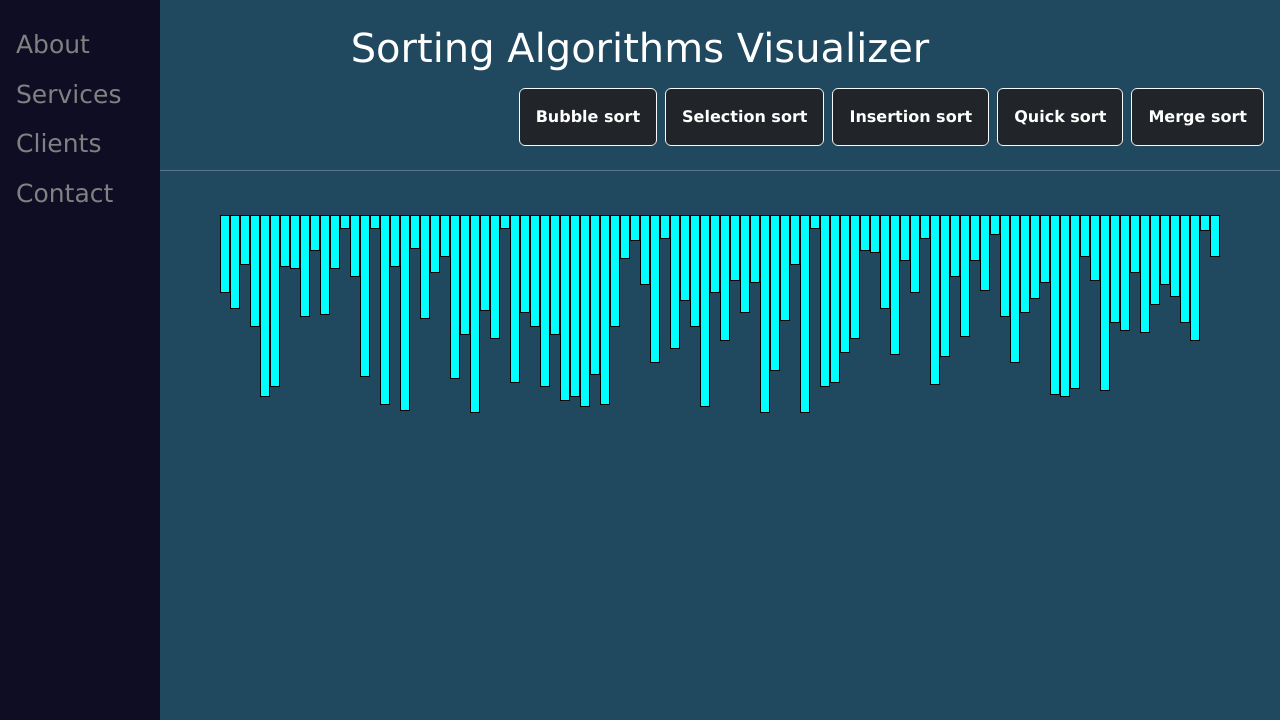
Repository: Vasil1001/Sorting-Algorithms-Visualizer-js
Page: views/index.html
The author's editor kept a copy of each file at every save. The page is drawn from the files as they stood at one save, then again after the next save.
The browser window is 1280 px wide. The pictures show the whole page.

Above is the page before, as saved 2022-11-03 17:53:14.

### views/index.html
<!doctype html>
<html lang="en">

<head>
  <meta charset="utf-8">
  <meta name="viewport" content="width=device-width, initial-scale=1">

  <title>Sorting Algorithms Visualizer</title>

  <!-- Import css & bootstrap-->
  <link href="https://cdn.jsdelivr.net/npm/bootstrap@5.2.2/dist/css/bootstrap.min.css" rel="stylesheet"
    integrity="sha384-Zenh87qX5JnK2Jl0vWa8Ck2rdkQ2Bzep5IDxbcnCeuOxjzrPF/et3URy9Bv1WTRi" crossorigin="anonymous">
  <link rel="stylesheet" href="/css/base.css">

</head>

<header>
  <h1 align="center" class="mt-4">Sorting Algorithms Visualizer</h1>


  <nav class="navbar navbar-expand-lg">

    <div class="container-fluid">
      <button type="button" class="btn btn-danger mx-2 p-3 " id="new_array" style="color: white;"><b>New
          array </b>
      </button>
      <ul class="navbar-nav">
        <li class="nav-item">
          <button type="button" class="btn btn-dark border-light mx-1 p-3 " id="bubble_sort"
            style="color: white;"><b>Bubble
              sort</b> </button>
        </li>
        <li class="nav-item">
          <button type="button" class="btn btn-dark border-light mx-1 p-3 " id="selection_sort"
            style="color: rgb(255, 255, 255);">
            <b>Selection sort</b></button>
        </li>
        <li class="nav-item">
          <button type="button" class="btn btn-dark border-light mx-1 p-3 " id="insertion_sort" style="color: white;">
            <b>Insertion sort</b></button>
        </li>
        <li class="nav-item">
          <button type="button" class="btn btn-dark border-light mx-1 p-3 " id="quick_sort" style="color: white;">
            <b>Quick sort</b></button>
        </li>
        <li class="nav-item">
          <button type="button" class="btn btn-dark border-light mx-1 p-3 " id="merge_sort"> <b>Merge sort</b></button>
        </li>

      </ul>
    </div>
  </nav>


</header>

<body>

  <hr style="color: white;">

  <div class="sidenav">
    <a href="#about">About</a>
    <a href="#services">Services</a>
    <a href="#clients">Clients</a>
    <a href="#contact">Contact</a>
  </div>

  <div class="main">
    <div id="bars" class="bars flex-container p-4"></div>
  </div>

  <!-- Import css & bootstrap-->
  <script src="https://cdn.jsdelivr.net/npm/bootstrap@5.2.2/dist/js/bootstrap.bundle.min.js"
    integrity="sha384-OERcA2EqjJCMA+/3y+gxIOqMEjwtxJY7qPCqsdltbNJuaOe923+mo//f6V8Qbsw3"
    crossorigin="anonymous"></script>
  <script defer src="/sort_algos_js_files/index.js"></script>

</body>

</html>

### css/base.css
body {
    background-color: rgb(32, 72, 95);
    color:white;
    font-size: 18px;
    font-family: 'Lucida Sans', 'Lucida Sans Regular', 'Lucida Grande', 'Lucida Sans Unicode', Geneva, Verdana, sans-serif;
}
.flex-container{
    margin-top: 20px;
    display: flex;
    flex-wrap: nowrap;
    width: 100%;
    height: 500px;
    justify-content: center;
    transition: 2s all ease;
}

.flex-item{
    background: cyan;
    border: 1pt solid black;
    width: 10px;
    transition: 0.1s all ease;
}

.sidenav {
    height: 100%;
    width: 160px;
    position: fixed;
    z-index: 1;
    top: 0;
    left: 0;
    background-color: rgb(14, 13, 35);
    overflow-x: hidden;
    padding-top: 20px;
  }

  .sidenav a {
    padding: 6px 8px 6px 16px;
    text-decoration: none;
    font-size: 25px;
    color: #818181;
    display: block;
  }

  .sidenav a:hover {
    color: #f1f1f1;
  }

  .main {
    margin-left: 160px; /* Same as the width of the sidenav */
    font-size: 28px; /* Increased text to enable scrolling */
    padding: 0px 10px;
  }
  @media screen and (max-height: 450px) {
    .sidenav {padding-top: 15px;}
    .sidenav a {font-size: 18px;}
  }

### sort_algos_js_files/index.js
let random_array_100 = [];
createBarArray();


function createBarArray() {
    // Array to store randomly generated numbers
    random_array_100 = [];
    var numberOfBars = 0;
    let l = 100;

    // get a random number and add it to the array until there are 100 in array
    for (numberOfBars = 0; numberOfBars < l; numberOfBars++) {
        random_array_100.push(Math.round(Math.random() * l));
    }
    // print 100 random numbers of the array
    console.log(random_array_100);


     // select the div #bars element
     const bars = document.querySelector("#bars");
    // make bars with height from random array numbers
    for (let i = 0; i < random_array_100.length; i++) {
        // const para = document.createElement("div");
        // para.innerText = random_array_100[i];
        // document.body.appendChild(para);

        // create div bar for each number in the array
        const bar = document.createElement("div");
        bar.style.height = `${random_array_100[i]*2}px`;
        bar.classList.add('bar');
        bar.classList.add('flex-item');
        bar.classList.add(`barNo${i}`);
        bars.appendChild(bar);
    }
}

After the next save:
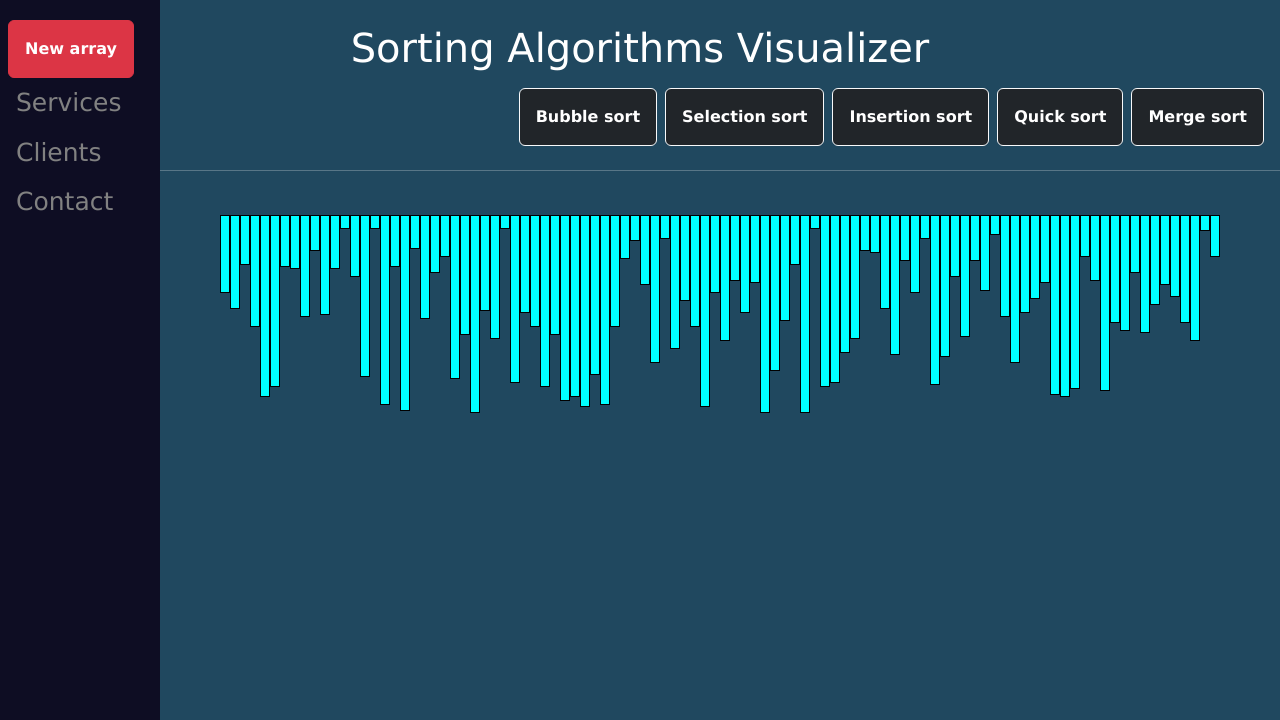
Saved 32 s later.
--- a/views/index.html
+++ b/views/index.html
@@ -59,8 +59,9 @@
   <hr style="color: white;">
 
   <div class="sidenav">
-    <a href="#about">About</a>
-    <a href="#services">Services</a>
+    <button type="button" class="btn btn-danger mx-2 p-3 " id="new_array" style="color: white;"><b>New
+      array </b>
+  </button>    <a href="#services">Services</a>
     <a href="#clients">Clients</a>
     <a href="#contact">Contact</a>
   </div>
